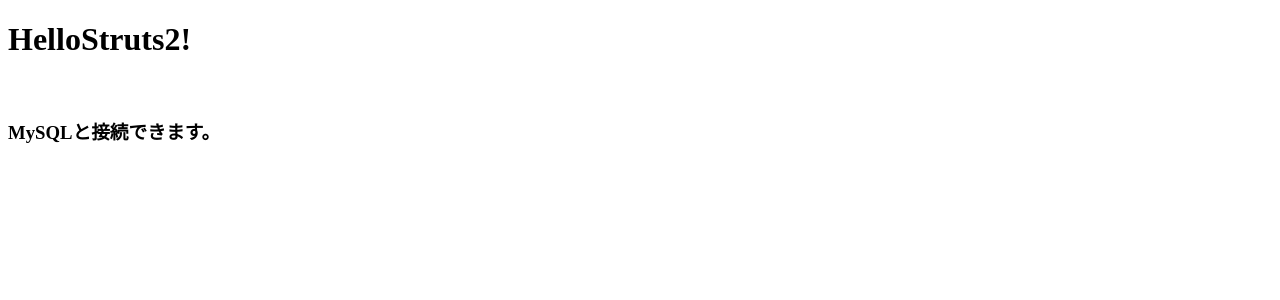
Repository: KFujiwara19910529/test
Page: http://localhost/WebProj2/helloStrutsError.jsp
The author's editor kept a copy of each file at every save. The page is drawn from the files as they stood at one save, then again after the next save.
The browser window is 1280 px wide. The pictures show the whole page.
The page is served by Tomcat 9.

Above is the page before, as saved 2019-12-23 10:23:34.

After the next save:
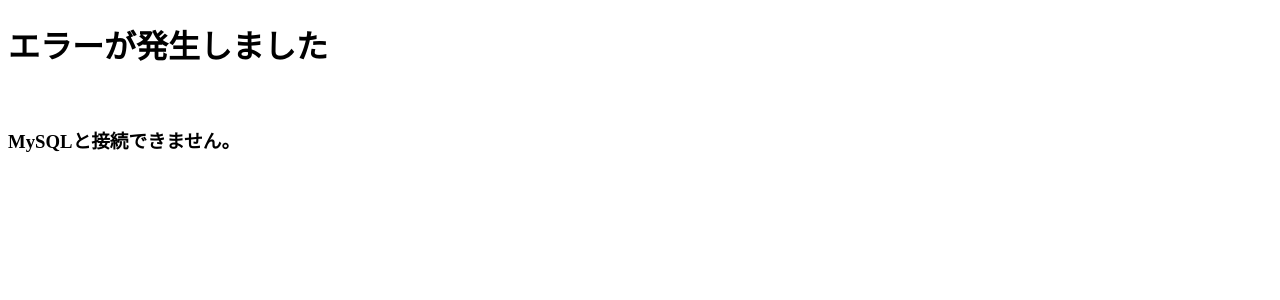
Saved 5 min 51 s later.
--- a/WebProj2/WebContent/helloStrutsError.jsp
+++ b/WebProj2/WebContent/helloStrutsError.jsp
@@ -1,16 +1,15 @@
 <%@ page language="java" contentType="text/html; charset=UTF-8"
     pageEncoding="UTF-8"%>
-<%@ taglib prefix = "s" uri = "/struts-tags" %>
 
 <!DOCTYPE html>
 <html>
 <head>
 <meta charset="UTF-8">
-<title>HelloStruts</title>
+<title>HelloStrutsError</title>
 </head>
 <body>
-<h1>HelloStruts2!</h1>
+<h1>エラーが発生しました</h1>
 <br>
-<h3>MySQLと接続できます。</h3>
+<h3>MySQLと接続できません。</h3>
 </body>
 </html>
